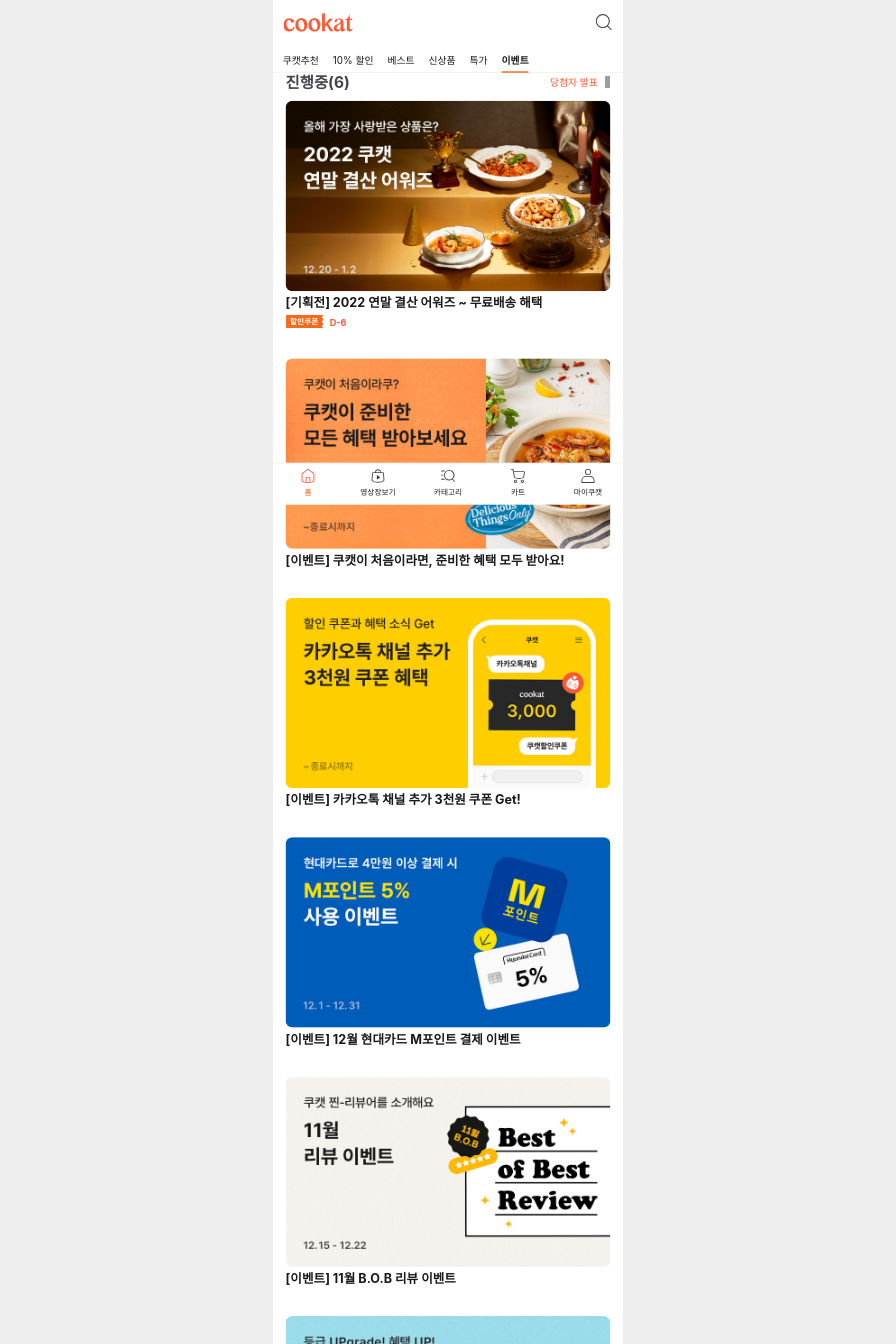
Repository: CooKat/Cookat
Page: event.html
An editor plug-in stored every save of this project. The page is shown before and after the next save, followed by the edit.
The browser window is 1280 px wide. The pictures show the part of the page from y = 0 to 1920 px (the page is 3066 px tall before and 3086 px after), at 70% of full size.
Pictures or frames that could not be fetched are drawn as grey boxes. A picture or video elsewhere on the page could not be fetched, so the positions and the page height are approximate. Some web fonts or font styles are not loaded; a fallback is used.

Above is the page before, as saved 2022-12-29 17:23:34.
Not found: css/responsive.css
Not found: js/ex1.js

### event.html
<!DOCTYPE html>
<html lang="ko-KR">
  <head>
    <meta charset="UTF-8" />
    <meta http-equiv="X-UA-Compatible" content="IE=edge" />
    <meta name="viewport" content="width=device-width, initial-scale=1.0" />
    <link rel="shortcut icon" type="image/x-icon" href="./images/1.png" />
    <link
      rel="stylesheet"
      as="style"
      crossorigin
      href="https://cdn.jsdelivr.net/gh/orioncactus/pretendard@v1.3.6/dist/web/static/pretendard.css"
    />
    <link
      href="https://cdn.jsdelivr.net/npm/remixicon@2.5.0/fonts/remixicon.css"
      rel="stylesheet"
    />
    <link
      rel="stylesheet"
      href="https://cdn.jsdelivr.net/npm/swiper/swiper-bundle.min.css"
    />
    <link rel="stylesheet" href="./css/main.css" />
    <link rel="stylesheet" href="./css/event.css" />
    <title>쿠캣</title>
  </head>
  <body>
    <div class="container">
      <!-- 상단 메뉴바 -->
      <header class="header">
        <a href="/" class="logo"
          ><img src="./images/logo-main.svg" alt="쿠캣마켓"
        /></a>
        <div class="menu swiper">
          <ul class="swiper-wrapper" role="menubar" aria-hidden="false">
            <li role="none" class="swiper-slide">
              <a role="menuitem" href="/">쿠캣추천</a>
            </li>
            <li class="swiper-slide" role="none">
              <a role="menuitem" href="/">10% 할인</a>
            </li>
            <li class="swiper-slide" role="none">
              <a role="menuitem" href="./best.html">베스트</a>
            </li>
            <li class="swiper-slide" role="none">
              <a role="menuitem" href="/">신상품</a>
            </li>
            <li class="swiper-slide" role="none">
              <a role="menuitem" href="./specialPrice.html">특가</a>
            </li>
            <li class="swiper-slide active" role="none">
              <a role="menuitem" href="/">이벤트</a>
            </li>
          </ul>
        </div>
        <button type="button" class="search">
          <img src="./images/ic-24-finder.svg" alt="검색 아이콘" />
        </button>
      </header>

      <main class="main">
        <section class="event">
          <!-- 진행중(6) 당첨자 발표 -->
          <div class="event-ing">
            <h2 class="event-ing-title">진행중(6)</h2>
            <a href="/"><p>당첨자 발표</p></a>
          </div>

          <!-- 행사 아이템들 -->
          <div class="item-list">
            <a href="/event.html">
              <div class="item-list-item">
                <img src="./images/event1.jpg" />
                <h2 class="item-list-title title-first">
                  [기획전] 2022 연말 결산 어워즈 ~ 무료배송 해택
                </h2>
                <div class="coupon-day">
                  <i class="icon-coupon"></i>
                  <span class="coupon-date">D-6</span>
                </div>
              </div>
            </a>
          </div>

          <div class="item-list">
            <a href="/event.html">
              <div class="item-list-item">
                <img src="./images/event2.jpg" />
                <h2 class="item-list-title">
                  [이벤트] 쿠캣이 처음이라면, 준비한 혜택 모두 받아요!
                </h2>
              </div>
            </a>
          </div>

          <div class="item-list">
            <a href="/event.html">
              <div class="item-list-item">
                <img src="./images/event3.jpg" />
                <h2 class="item-list-title">
                  [이벤트] 카카오톡 채널 추가 3천원 쿠폰 Get!
                </h2>
              </div>
            </a>
          </div>

          <div class="item-list">
            <a href="/event.html">
              <div class="item-list-item">
                <img src="./images/event4.jpg" />
                <h2 class="item-list-title">
                  [이벤트] 12월 현대카드 M포인트 결제 이벤트
                </h2>
              </div>
            </a>
          </div>

          <div class="item-list">
            <a href="/event.html">
              <div class="item-list-item">
                <img src="./images/event5.jpg" />
                <h2 class="item-list-title">[이벤트] 11월 B.O.B 리뷰 이벤트</h2>
              </div>
            </a>
          </div>

          <div class="item-list">
            <a href="/event.html">
              <div class="item-list-item">
                <img src="./images/event6.jpg" />
                <h2 class="item-list-title">
                  [공지사항] NEW 쿠캣 등급 개편 안내
                </h2>
              </div>
            </a>
          </div>
        </section>
      </main>

      <!-- footer -->
      <footer class="footer">
        <div class="center-info-container">
          <h2 class="center-info">쿠캣 고객센터</h2>
          <span class="time-info"
            >평일 <time>10:00</time> ~ <time>18:00</time> (점심시간
            <time>13:00</time> ~ <time>14:00</time>)</span
          >

          <a href="tel:1668-3525" class="center-contact"> 고객센터</a>
        </div>
        <div class="business-info-container">
          <div class="business-info-title-container">
            <h2 class="business-info">(주) 쿠캣 사업자 정보</h2>
            <button class="business-info-toggle-btn">
              <img
                alt="addit-toggle-img"
                src="	https://crcf.cookatmarket.com/assets/mobile/img/using_guide/ic-16-close-bold.svg"
              />
            </button>
          </div>

          <ul class="business-info-list">
            <li class="business-info-item">
              <label for="representative">대표자</label
              ><span id="representative">이문주</span>
            </li>
            <li class="business-info-item">
              <label for="address">주소</label>
              <address id="address">
                서울특별시 강남구 영동대로112길 36, 3층, 지하 1층 (삼성동,
                오티씨타워)
              </address>
            </li>
            <li class="business-info-item">
              <label
                for="
              business-number"
                >사업자등록번호</label
              ><span id=" business-number">
                110-86-12995
                <a class="business-info-check" href="/"
                  >사업자정보 확인</a
                ></span
              >
            </li>
            <li class="business-info-item">
              <label for="mail-order-number">통신판매업 신고번호</label
              ><span
                id="
              mail-order-number"
                >2018-서울강남-01681</span
              >
            </li>
            <li class="business-info-item">
              <div class="center-info-flexcontent-container">
                <label
                  for="
              service-center"
                  >고객센터</label
                >
                <div class="center-info-content-container">
                  <a
                    id="service-center"
                    href="tel:1668-3525
              "
                    >1668-3525
                  </a>
                  <span id="service-center"
                    >평일 <time>10:00</time> ~ <time>18:00</time> (점심시간
                    <time>13:00</time> ~ <time>14:00</time>) 주말
                    <time>10:00</time> ~ <time>13:00</time></span
                  >
                </div>
              </div>
            </li>
            <li class="business-info-item">
              <label for="marketing-email">마케팅 제휴문의</label
              ><span id="marketing-email">marketing@cookat.co</span>
            </li>
            <li class="business-info-item">
              <label
                for="
              goods-email"
                >상품 제휴문의</label
              ><span id=" goods-email">
                <span>product@cookat.co<br /></span
              ></span>
            </li>
            <li class="business-info-item">
              <label for="person-in-charge">개인정보보호 책임자</label
              ><span id="person-in-charge"> 주지석 (jiseok.joo@cookat.co)</span>
            </li>
          </ul>

          <small class="copyright">
            Copyright © 쿠캣. All rights reserved.</small
          >
          <ul class="more-details-list">
            <li><a class="more-details" href="/">이용약관</a></li>
            <li>
              <a class="more-details" id="qkdcla" href="/">개인정보 처리방침</a>
            </li>
            <li><a class="more-details" href="/">공지사항</a></li>
          </ul>
        </div>

        <div class="additional-container">
          <a href="/">로그인</a>
          <a id="app-down" href="/"> APP다운</a>
        </div>
      </footer>

      <!-- 하단바 -->
      <nav class="fix-footer-menu">
        <ul>
          <li class="my-home on"><a href="/">홈</a></li>
          <li class="my-video"><a href="/">영상장보기</a></li>
          <li class="my-menu"><a href="/">카테고리</a></li>
          <li class="my-cart"><a href="/">카트</a></li>
          <li class="my-cookat"><a href="/">마이쿠캣</a></li>
        </ul>
      </nav>
    </div>

    <!-- Swiper JS -->
    <script src="https://cdn.jsdelivr.net/npm/swiper/swiper-bundle.min.js"></script>
    <!-- Initialize Swiper -->
    <script src="./js/ex1.js"></script>
    <script>
      var menu = new Swiper('.menu.swiper', {
        slidesPerView: 'auto',
        freeMode: true,
      });
    </script>
  </body>
</html>

### css/event.css
main {
  padding: 0 18px;
}

.event-ing {
  display: flex;
  flex-flow: row nowrap;
  justify-content: space-between;
  align-items: center;
  margin-top: var(--spacing-xxl);
  margin-bottom: var(--spacing-md);
}

.event-ing-title {
  font-size: var(--text-xl);
  line-height: var(--text-xxl);
  color: var(--color-black);
  font-weight: 700;
}

.event-ing p {
  color: #ff5833;
  font-size: var(--text-sm);
}
.event-ing p::after {
  content: '';
  color: #ff5833;
  margin-left: var(--spacing-xxs);
  padding-left: var(--spacing-md);
  background: url('https://crcf.cookatmarket.com/assets/mobile/img/using_guide/ic-16-next-orange-fit.svg')
    no-repeat 6px;
}

.item-list {
}

.item-list-item {
}

.item-list-item img {
  border-radius: 10px;
}

.item-list-title {
  font-size: var(--text-lg);
  line-height: var(--text-xxl);
  font-weight: 700;
  margin-bottom: var(--spacing-xxxl);
}

.title-first {
  margin-bottom: 0;
}

.item-list-title h2:first-child {
  margin-bottom: 0;
}

.coupon-day {
  margin-top: var(--spacing-xxs);
  display: flex;
  flex-flow: row nowrap;
  margin-bottom: var(--spacing-xxxl);
}

.icon-coupon {
  width: 53px;
  height: 19px;
  background: url(../images/ic-event-sale-coupon-orange.svg) no-repeat center;
  display: inline-block;
  text-align: center;
}

.coupon-date {
  color: #ff5833;
  line-height: var(--text-xl);
  font-size: var(--text-xs);
  align-items: center;
  font-weight: 700;
  padding-left: var(--spacing-sm);
}

@media (max-width: 500px) {
  .event-ing-title {
    font-size: 4vw;
    line-height: 3vh;
  }

  .item-list-title {
    font-size: 7vw;
    line-height: 5vh;
  }
}

### css/theme.css
:root {
  /* 수식 단축키 art+shift+M */
  --color-white: #ffffff;
  --color-blank: #f9f9f9;
  --color-cement: #9d9995;
  --color-placeholder: #bbb8b5;
  --color-deep-orange: #eb5500;
  --color-border: #e9e8e2;
  --color-success: #579bdb;
  --color-black: #46434f;
  --color-gray: #9d999d;
  --color-greyish-brown: #5b5752;

  --spacing-sxxs: 0.125rem; /* 2px */
  --spacing-xxs: 0.25rem; /* 4px */
  --spacing-xs: 0.5rem; /* 8px */
  --spacing-sm: 0.625rem; /* 10px */
  --spacing-xm: 0.75rem; /* 12px */
  --spacing-md: 0.875rem; /* 14px */
  --spacing-m: 0.937rem; /* 15px */
  --spacing-base: 1rem; /* 16px */
  --spacing-lg: 1.125rem; /* 18px */
  --spacing-l: 1.25rem; /* 20px */
  --spacing-xl: 1.5rem; /* 24px */
  --spacing-xxl: 2rem; /* 32px */
  --spacing-xxxl: 2.5rem; /* 40px */

  --spacing-6: 3.75rem; /* 60px */

  --text-sxxs: 0.6875rem; /* 11px */
  --text-xxs: 0.75rem; /* 12px */
  --text-xs: 0.8125rem; /* 13px */
  --text-sm: 0.875rem; /* 14px */
  --text-md: 0.9375rem; /* 15px */
  --text-base: 1rem; /* 16px */
  --text-lg: 1.125rem; /* 18px */
  --text-xl: 1.375rem; /* 22px */
  --text-xxl: 1.625rem; /* 26px */

  --swiper-navigation-size: 1.125rem; /* 18px */

  --max-width: 31.25rem; /* 500px */
}

Loaded but not shown: css/normalize.css (library); css/reset.css (common file); css/main.css (973 lines, source omitted)

After the next save:
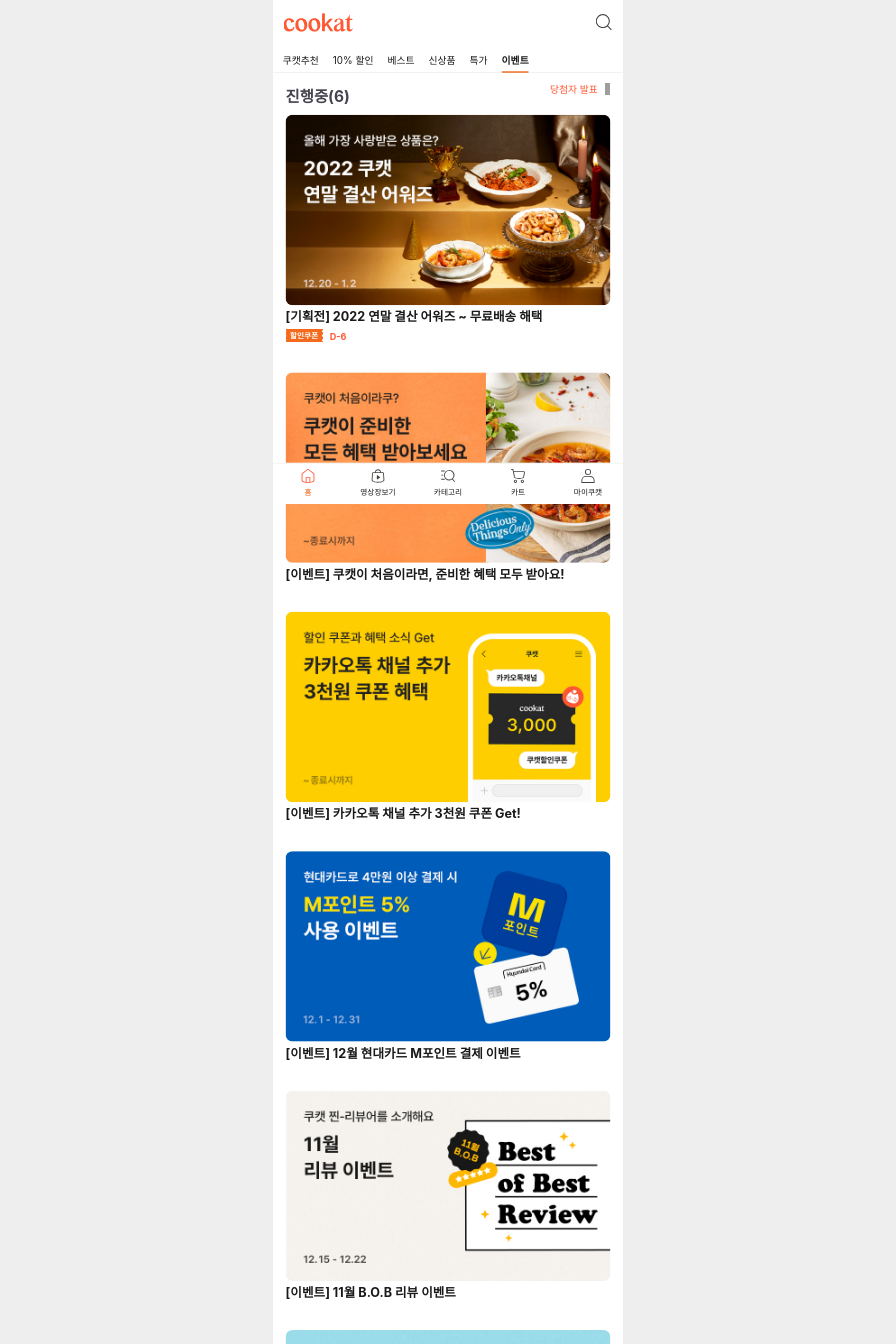
Saved 29 s later.
--- a/css/event.css
+++ b/css/event.css
@@ -12,6 +12,7 @@
 }
 
 .event-ing-title {
+  margin-top: var(--spacing-l);
   font-size: var(--text-xl);
   line-height: var(--text-xxl);
   color: var(--color-black);

After the save that followed:
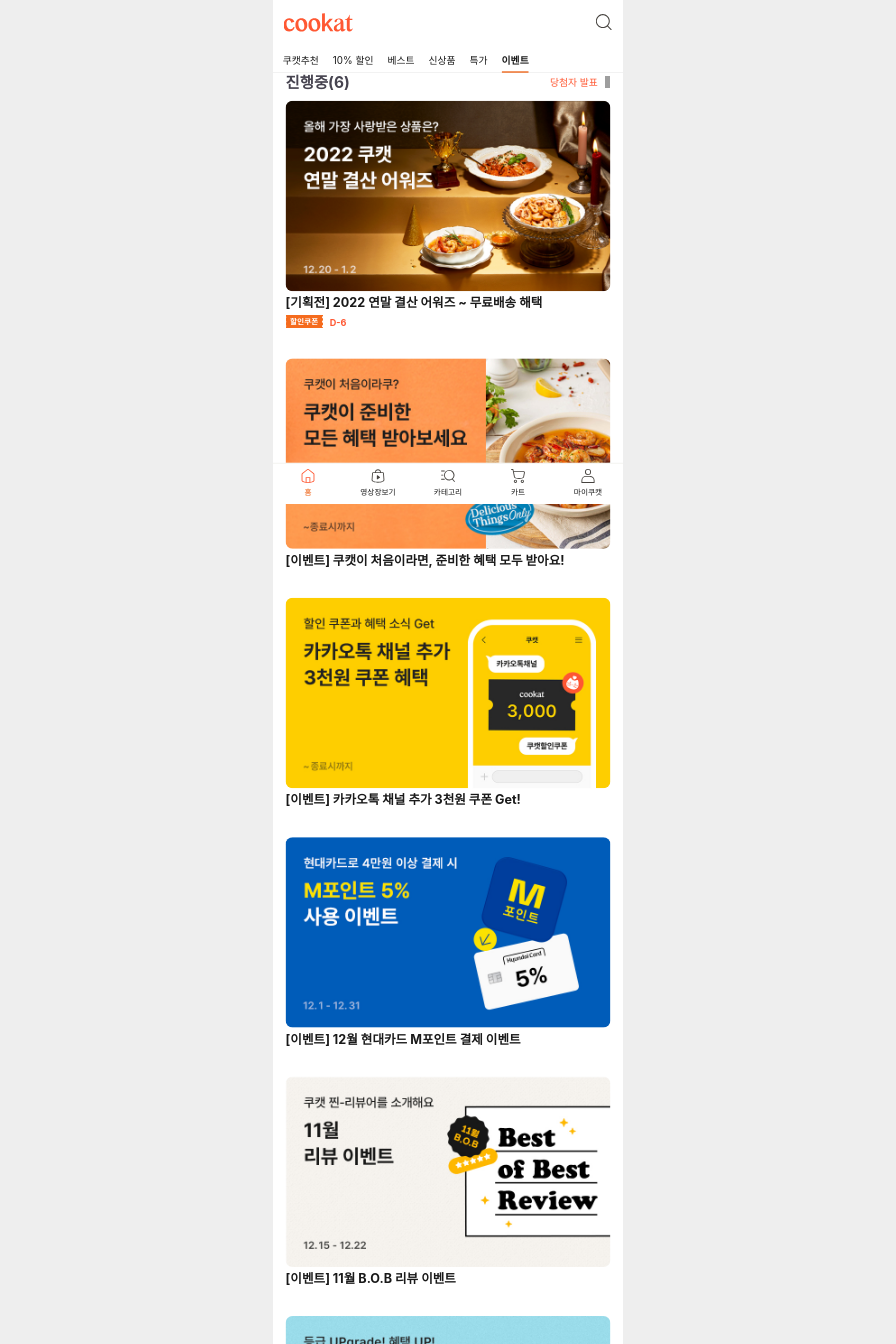
Saved 23 s later.
--- a/css/event.css
+++ b/css/event.css
@@ -12,7 +12,6 @@
 }
 
 .event-ing-title {
-  margin-top: var(--spacing-l);
   font-size: var(--text-xl);
   line-height: var(--text-xxl);
   color: var(--color-black);
